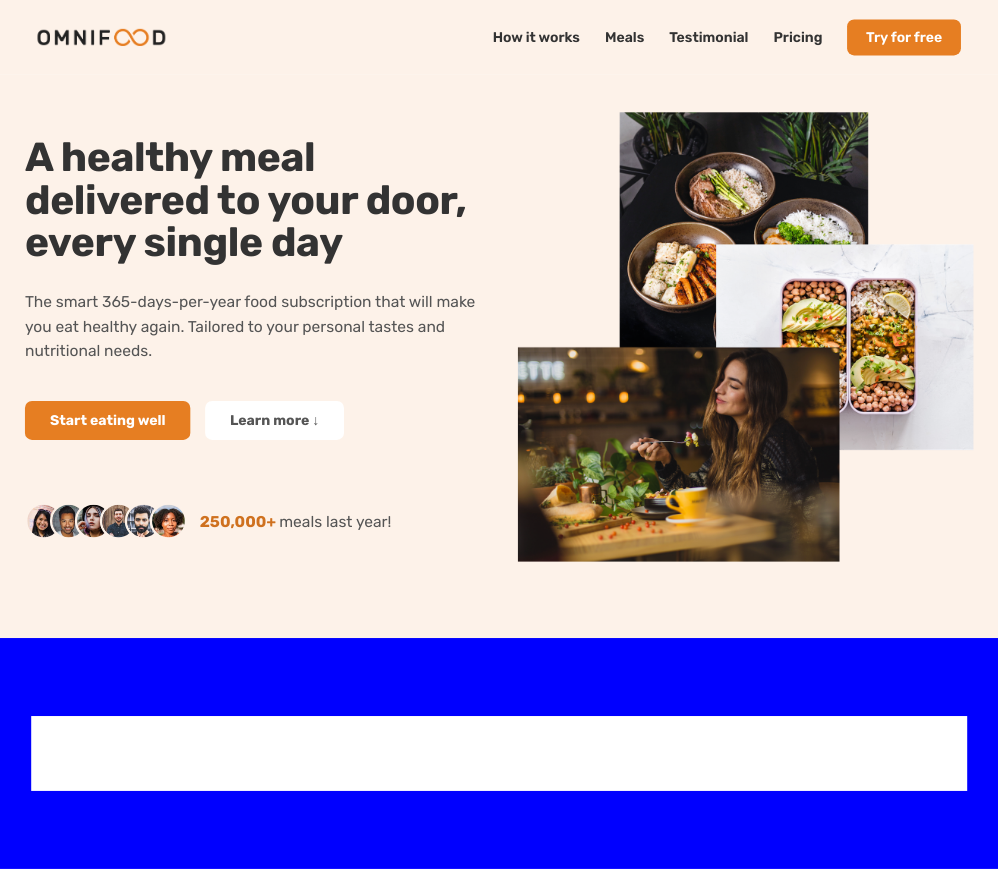
Repository: WefsCao/Omnifood
Page: index.html
An editor plug-in stored every save of this project. The page is shown before and after the next save, followed by the edit.
The browser window is 1280 px wide. The pictures show the whole page, at 78% of full size.

Above is the page before, as saved 2022-06-04 19:44:09.

### index.html
<!DOCTYPE html>
<html lang="en">
  <head>
    <meta charset="UTF-8" />
    <meta http-equiv="X-UA-Compatible" content="IE=edge" />
    <meta name="viewport" content="width=device-width, initial-scale=1.0" />

    <link rel="preconnect" href="https://fonts.googleapis.com" />
    <link rel="preconnect" href="https://fonts.gstatic.com" crossorigin />
    <link
      href="https://fonts.googleapis.com/css2?family=Rubik:wght@400;500;600;700&display=swap"
      rel="stylesheet"
    />
    <link rel="stylesheet" href="./css/general.css" />
    <link rel="stylesheet" href="./css/style.css" />
    <title>Omnifood</title>
  </head>
  <body>
    <header class="header">
      <img class="logo" src="img/omnifood-logo.png" alt="heder of logo" />

      <nav class="nav-main">
        <ul class="nav-main-list">
          <li><a href="#" class="nav-main-link">How it works</a></li>
          <li><a href="#" class="nav-main-link">Meals</a></li>
          <li><a href="#" class="nav-main-link">Testimonial</a></li>
          <li><a href="#" class="nav-main-link">Pricing</a></li>
          <li><a href="#" class="nav-main-link nav-cta">Try for free</a></li>
        </ul>
      </nav>
    </header>
    <main>
      <section class="section-hero">
        <div class="hero">
          <div class="hero-text-box">
            <h1 class="heading-primary">
              A healthy meal delivered to your door, every single day
            </h1>
            <p class="hero-description">
              The smart 365-days-per-year food subscription that will make you
              eat healthy again. Tailored to your personal tastes and
              nutritional needs.
            </p>
            <a href="#" class="btn btn--full margin-ringht-sm"
              >Start eating well</a
            >
            <a href="#" class="btn btn--outline">Learn more &darr;</a>
            <div class="delivered-meals">
              <div class="delivered-imgs">
                <img src="img/customers/customer-1.jpg" />
                <img src="img/customers/customer-2.jpg" />
                <img src="img/customers/customer-3.jpg" />
                <img src="img/customers/customer-4.jpg" />
                <img src="img/customers/customer-5.jpg" />
                <img src="img/customers/customer-6.jpg" />
              </div>
              <div class="delivered-text">
                <span>250,000+ </span>meals last year!
              </div>
            </div>
          </div>
          <div class="hero-img-box">
            <img src="img/hero.png" alt="Hero of image" class="hero-img" />
          </div>
        </div>
      </section>
      <div class="test">
        <div class="container grid grid--2-cols">
          <div class="test1"></div>
          <div class="test2"></div>
          <div class="test3"></div>
          <div class="test4"></div>
        </div>
      </div>
    </main>
  </body>
</html>

### css/general.css
/*
--- 01 TYPOGRAPHY
- Font size system (px)
    10 / 12 / 14 / 16 / 18 / 20 / 24 / 30 / 36 / 44 / 52 / 62 / 74 / 86 / 98

- Font weights:
Default: 400

- Line heights:
Default: 1
Small: 1.05


--- 02 COLOR

- Primary: #e67e22
- Tints: #fdf2e9
- Shades: #cf711f
- Accents:
- Grey:
 #555
 #333

 --- 05 SHADOW

 --- 06 BORDER RADIUS
 - Default: 9px

 --- 07 WHITE SPACES
 - Spacing system (px)
 2 / 4 / 8 / 12 / 16 / 24 / 32 / 48 / 64 / 80 / 96 / 128
*/
html {
  font-size: 62.5%;
}
* {
  margin: 0;
  padding: 0;
  box-sizing: border-box;
}
body {
  font-family: "Rubik", sans-serif;
  color: #555;
  font-weight: 400;
  line-height: 1;
}

/****************************************/
/* GENERAL REUSE COMPONENTS */
/****************************************/
.heading-primary {
  font-size: 5.2rem;
  line-height: 1.05;
  color: #333;
  font-weight: 700;
  letter-spacing: -0.5px;
  margin-bottom: 3.2rem;
}

.btn--full:link,
.btn--full:visited {
  background-color: #e67e22;
  color: #fff;
}
.btn--full:hover,
.btn--full:active {
  background-color: #cf711f;
}
.margin-ringht-sm {
  margin-right: 1.6rem;
}

.grid {
  display: grid;
  grid-template-rows: repeat(2, 1fr);
  align-items: center;
  column-gap: 6.4rem;
  row-gap: 9.6rem;
}
.grid--2-cols {
  grid-template-columns: repeat(2, 1fr);
}
.grid--3-cols {
  grid-template-columns: repeat(3, 1fr);
}
.container {
  max-width: 120rem;
  margin: 0 auto;
  background-color: #fff;
}

### css/style.css
/****************************************/
/* HEADER */
/****************************************/
.header {
  display: flex;
  align-items: center;
  justify-content: space-between;
  height: 9.6rem;
  padding: 0 4.8rem;
  background-color: #fdf2e9;
}
.logo {
  height: 2.2rem;
}

/****************************************/
/* NAVIGATION */
/****************************************/

.nav-main-list {
  display: flex;
  align-items: center;
  gap: 3.2rem;
  list-style: none;
}
.nav-main-link:link,
.nav-main-link:visited {
  color: #333;
  font-size: 1.8rem;
  font-weight: 600;
  text-decoration: none;
  transition: all 0.3s;
}
.nav-main-link:hover,
.nav-main-link:active {
  color: #e67e22;
}

.nav-main-link.nav-cta:link,
.nav-main-link.nav-cta:visited {
  padding: 1.2rem 2.4rem;
  background-color: #e67e22;
  border-radius: 9px;
  color: #fff;
}
.nav-main-link.nav-cta:hover,
.nav-main-link.nav-cta:active {
  background-color: #cf711f;
}

/****************************************/
/* HERO */
/****************************************/
.section-hero {
  background-color: #fdf2e9;
  padding: 4.8rem 0 9.6rem 0;
}

.hero {
  display: grid;
  grid-template-columns: 1fr 1fr;
  gap: 4.8rem;
  align-items: center;
  max-width: 130rem;
  padding: 0 3.2rem;
  margin: 0 auto;
}

.hero-description {
  font-size: 2rem;
  line-height: 1.6;
  margin-bottom: 4.8rem;
}
.btn:link,
.btn:visited {
  outline: none;
  display: inline-block;
  padding: 1.6rem 3.2rem;
  font-size: 1.8rem;
  font-weight: 700;
  border-radius: 9px;
  text-decoration: none;
  transition: background-color 0.3s;
}

.btn--outline:link,
.btn--outline:visited {
  background-color: #fff;
  color: #555;
}
.btn--outline:hover,
.btn--outline:active {
  background-color: #fdf2e9;
  box-shadow: inset 0 0 0 3px #fff;
}

.delivered-meals {
  display: flex;
  align-items: center;
  gap: 1.6rem;
  margin-top: 8rem;
}
.delivered-imgs {
  display: flex;
}
.delivered-imgs img {
  width: 4.8rem;
  height: 4.8rem;
  border-radius: 50%;
  border: 3px solid #fdf2e9;
  margin-right: -1.6rem;
}
.delivered-imgs img:last-child {
  margin: 0;
}
.delivered-text {
  font-size: 2rem;
}
.delivered-text span {
  font-weight: 700;
  color: #cf711f;
}
.hero-img {
  width: 100%;
}
.test {
  background-color: blue;
  width: 100%;
  padding: 10rem 0;
}
.test1,
.test2,
.test3,
.test4 {
  width: 60%;
  height: 60%;
}
.test1 {
  background-color: red;
}
.test2 {
  background-color: violet;
}
.test3 {
  background-color: green;
}
.test4 {
  background-color: black;
}

After the next save:
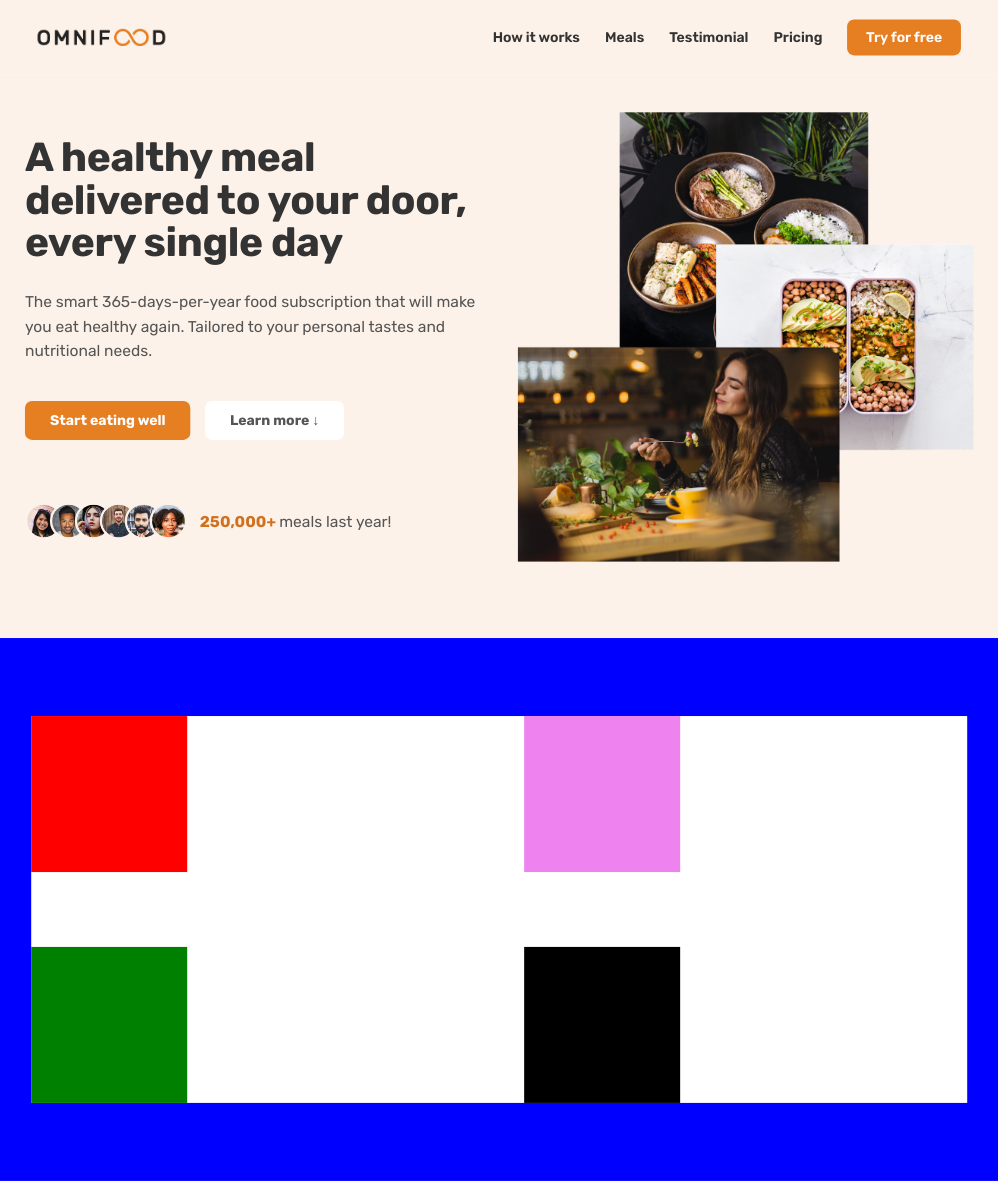
Saved 15 s later.
--- a/css/style.css
+++ b/css/style.css
@@ -132,8 +132,8 @@
 .test2,
 .test3,
 .test4 {
-  width: 60%;
-  height: 60%;
+  width: 20rem;
+  height: 20rem;
 }
 .test1 {
   background-color: red;
